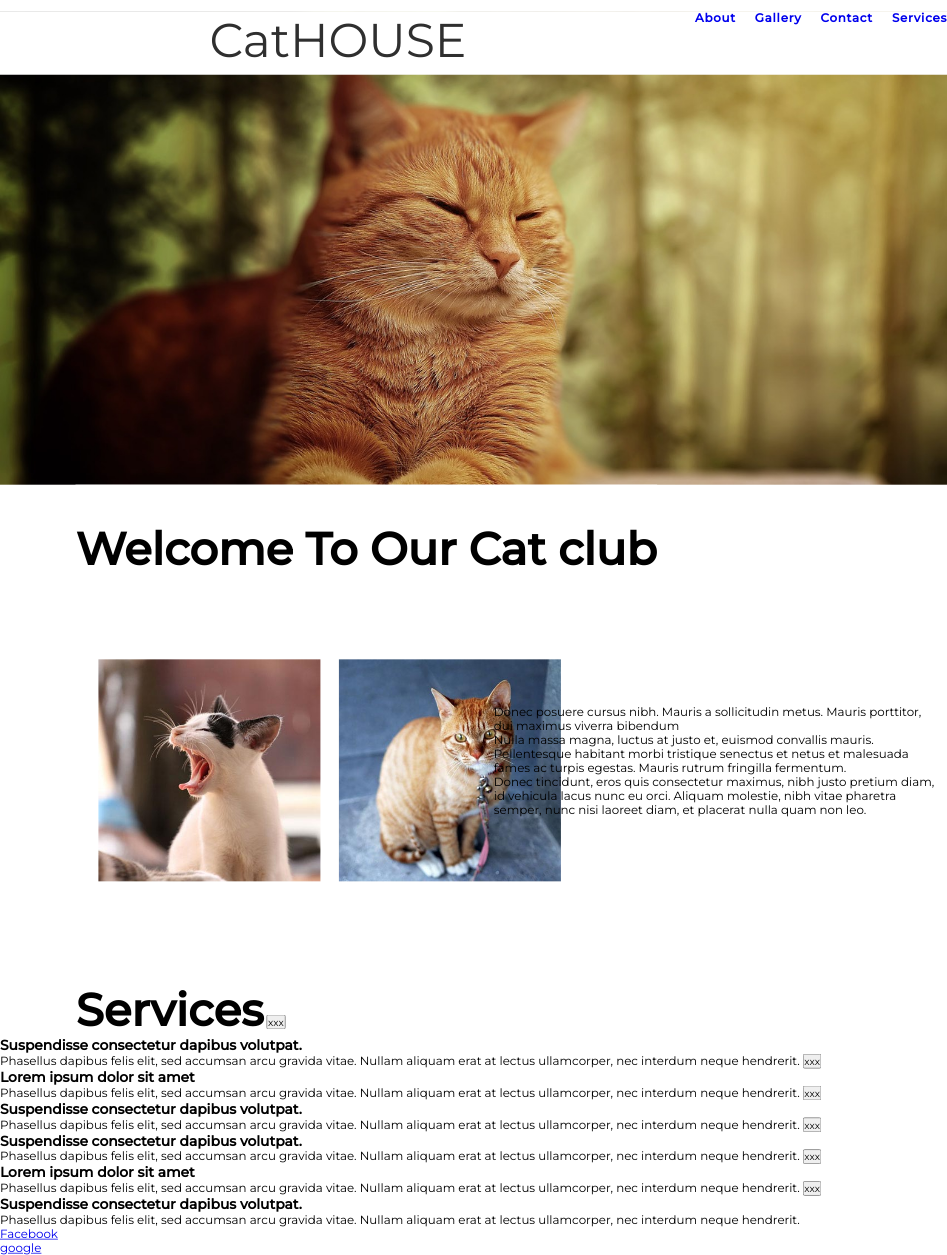
Repository: raul4264/final
Page: index.html
An editor plug-in stored every save of this project. The page is shown before and after the next save, followed by the edit.
The browser window is 1280 px wide. The pictures show the whole page, at 74% of full size.

Above is the page before, as saved 2021-03-23 12:38:22.

### index.html
<!DOCTYPE html>
<html lang="en">

<head>
    <meta charset="UTF-8" />
    <meta http-equiv="X-UA-Compatible" content="IE=edge" />
    <meta name="viewport" content="width=device-width, initial-scale=1.0" />
    <title>Cat House/Raul Novas</title>
    <link href="css/estilos.css" rel="stylesheet" type="text/css" />
</head>

<body>
<div id="grilla">
    <header>
        <div class="banner">


            <nav>
                <div class="item1"></div>
                <div class="item2"><span>Cat</span><span>HOUSE</span></div>


                <ul class="flex-container">
                    <li class="item3"><a href="about.html">About</li>
                    <li class="item4"><a href="Gallery.html">Gallery</a></li>
                    <li class="item5"><a href="Contact.html">Contact</a></li>
                    <li class="item6"><a href="Services.html ">Services</a></li>
                </ul>
            </nav>
        </div>

    </header>


    <main>
        <section>
            <h2>Welcome To Our Cat club</h2>
            <div class="caja">

                <div class="container1 ">
                    <img src="images/2.jpg " alt="imagen2 " />
                    <img src="images/3.jpg " alt="imagen3 " />
                </div>



                <span class="container3 ">
                    <span class="uno">Donec posuere cursus nibh. Mauris a sollicitudin metus. Mauris porttitor, dui maximus viverra
                        bibendum</span>
                <p class="dos">Nulla massa magna, luctus at justo et, euismod convallis mauris. Pellentesque habitant morbi tristique senectus et netus et malesuada fames ac turpis egestas. Mauris rutrum fringilla fermentum.
                </p>
                <span class="dosbis">Donec tincidunt, eros quis consectetur maximus, nibh justo pretium diam, id vehicula lacus
                        nunc eu orci. Aliquam molestie, nibh vitae pharetra semper, nunc nisi laoreet diam, et placerat
                        nulla quam non leo.</span>
                </span>
            </div>
        </section>
        <h3>
            <h2>Services</h2>
            <button>xxx</button>
            <h3>Suspendisse consectetur dapibus volutpat.</h3>
            <span>
                Phasellus dapibus felis elit, sed accumsan arcu gravida vitae. Nullam aliquam erat at lectus
                ullamcorper, nec interdum neque hendrerit.</span>
            <button>xxx</button>
            <h3>Lorem ipsum dolor sit amet</h3>
            <span>Phasellus dapibus felis elit, sed accumsan arcu gravida vitae. Nullam aliquam erat at lectus
                ullamcorper,
                nec interdum neque hendrerit.</span>
            <button>xxx</button>
            <h3>Suspendisse consectetur dapibus volutpat.</h3>
            <span>
                Phasellus dapibus felis elit, sed accumsan arcu gravida vitae. Nullam aliquam erat at lectus
                ullamcorper, nec interdum neque hendrerit.</span>
            <button>xxx</button>
            <h3>Suspendisse consectetur dapibus volutpat.</h3>
            <span>

                Phasellus dapibus felis elit, sed accumsan arcu gravida vitae. Nullam aliquam erat at lectus
                ullamcorper, nec interdum neque hendrerit.
            </span>
            <button>xxx</button>
            <h3>Lorem ipsum dolor sit amet
            </h3>
            <span>Phasellus dapibus felis elit, sed accumsan arcu gravida vitae. Nullam aliquam erat at lectus
                ullamcorper, nec interdum neque hendrerit.</span>
            <button>xxx</button>
            <h3>Suspendisse consectetur dapibus volutpat.</h3>
            <span>Phasellus dapibus felis elit, sed accumsan arcu gravida vitae. Nullam aliquam erat at lectus
                ullamcorper, nec interdum neque hendrerit.</span>
            </section>
    </main>



    <footer>
        <ol>
            <li>
                <a href="http://www.facebook.com " target="blanck ">Facebook</a>
            </li>
            <li><a href="http://www.google.com " target="blanck ">google</a></li>
        </ol>
    </footer>
</div>
</body>

</html>

### css/estilos.css
@import url('https://fonts.googleapis.com/css2?family=Montserrat:wght@400;500&display=swap');
@import url('https://fonts.googleapis.com/css2?family=Montserrat:wght@400;500&family=Poppins:wght@300&display=swap');
* {
    font-family: 'Montserrat', sans-serif;
    margin: 0 auto;
    padding: 0;
}

.banner {
    background: url(../images/1.jpg) no-repeat 0px 0px;
    background-size: cover;
    padding: 0em 0 4em;
    height: 80vh;
}

nav {
    display: flex;
    flex-direction: row;
    justify-content: space-between;
    height: 12vh;
    background-color: #ffffff;
    margin-top: 15px;
}

nav ul {
    display: flex;
}

nav ul li {
    display: flex;
    list-style: none;
}

nav ul li a {
    text-decoration: none;
}


/*---------------------------------------------------------*/

.item1 {
    color: #2f2f2f;
    font-size: 4.5em;
    font-weight: 700;
    flex-grow: 2;
    font-family: 'Raleway', sans-serif;
}

.item2 {
    color: #2f2f2f;
    font-weight: 300;
    font-size: 4em;
    flex-grow: 2;
}

.item3 {
    color: #2f2f2f !important;
    font-size: 1em;

    text-decoration: none;
    margin-left: 2vw;

    font-weight: 600;
    font-family: 'Roboto Condensed', sans-serif;
    letter-spacing: 1px;
    flex-grow: 2;

}

.item4 {
    color: #2f2f2f !important;
    font-size: 1em;

    text-decoration: none;
    padding: 0;
    font-weight: 600;
    font-family: 'Roboto Condensed', sans-serif;
    letter-spacing: 1px;
    flex-grow: 2;
    margin-left: 2vw;
}

.item5 {
    color: #2f2f2f !important;
    font-size: 1em;
    margin: 0;
    text-decoration: none;

    font-weight: 600;
    font-family: 'Roboto Condensed', sans-serif;
    letter-spacing: 1px;
    flex-grow: 1;
    margin-left: 2vw;
}

.item6 {
    color: #2f2f2f !important;
    font-size: 1em;

    text-decoration: none;
    padding: 0;
    font-weight: 600;
    font-family: 'Roboto Condensed', sans-serif;
    letter-spacing: 1px;
    flex-grow: 1;
    margin-left: 2vw;
}

.imagen {
    width: 100vw;
    z-index: 100;
    position: absolute;
    display: flex;
}

.imagen img {
    background-repeat: no-repeat;
    background-size: cover;
    width: 100vw;
    z-index: 100;
    bottom: 130px;

}



h2{
    background-color: #ffffff;
    text-align: center;
    font-size: 3.8em;
    padding-top: 7vh;
    margin-left: 8vw;
    display: inline-block;
}
.caja {
    background-color: #ffffff;
    display: flex;
    height: 69vh;
    flex-direction: row;
    justify-content: space-around;
    align-items: center;
    overflow: ;
}
h1 {
    margin-left: 20vw;

}
.container1 {
    display: flex;
    width: 300px;
    height: 300px;
   margin-left: 120px;


}

img {
    width: 100%;
    height: 100%;
    object-fit: contain;
    padding: 1vw;
}
.container3 {
    width: 600px;
    margin-right: 1vw;
    font-size: 10px



.container3 span{
   font-size: medium;

}
.container3  .uno{
    font-size: 2em;
    font-weight: bolder;

}
span{
    padding:10px 0;
    margin-top: 10px;
    margin-bottom: 10px;
}
footer{
    height: 20vh;
    background-color: black;
}

After the next save:
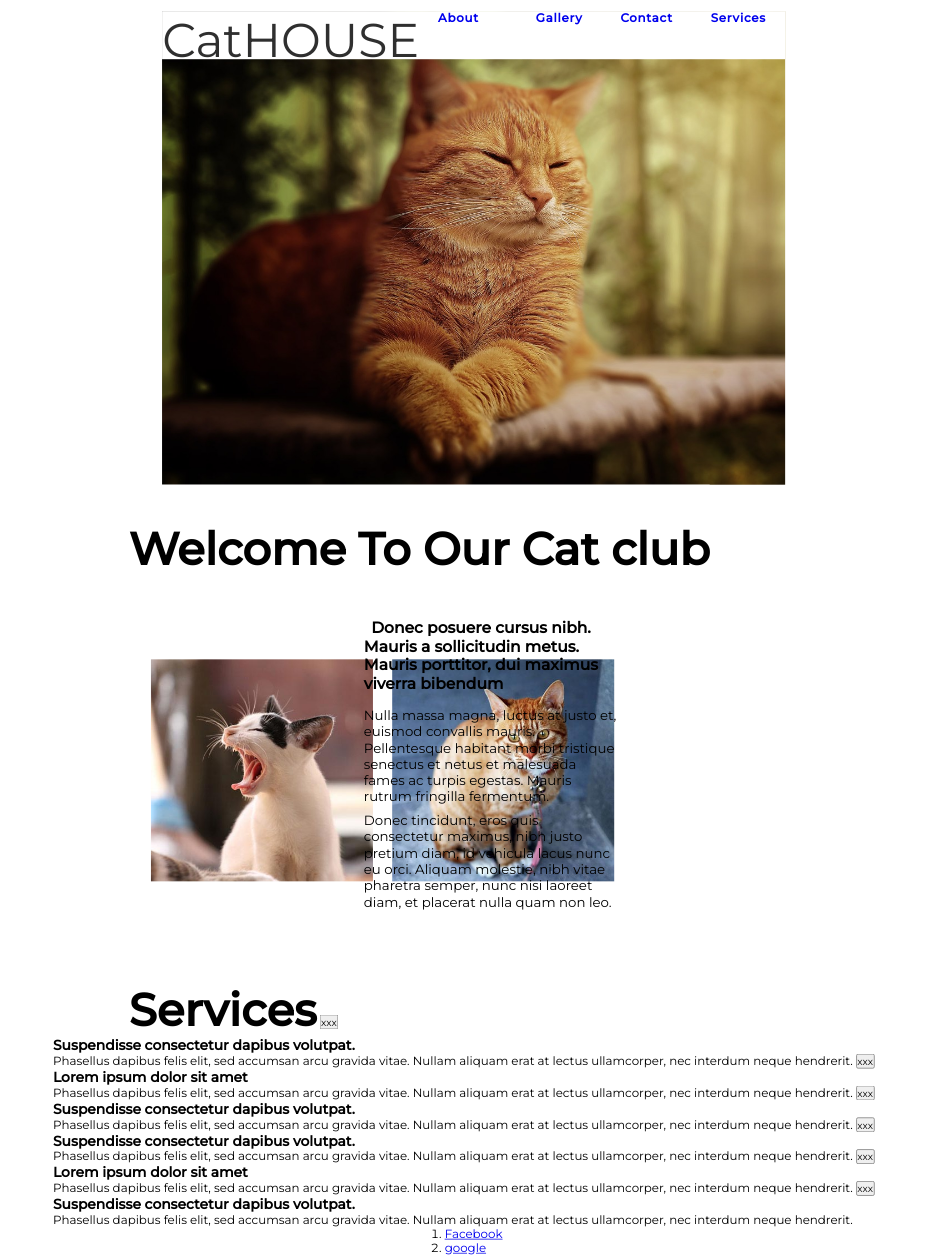
Saved 48 s later.
--- a/css/estilos.css
+++ b/css/estilos.css
@@ -5,7 +5,9 @@
     margin: 0 auto;
     padding: 0;
 }
-
+#grilla{
+    display: grid;
+}
 .banner {
     background: url(../images/1.jpg) no-repeat 0px 0px;
     background-size: cover;
@@ -17,7 +19,7 @@ nav {
     display: flex;
     flex-direction: row;
     justify-content: space-between;
-    height: 12vh;
+    height: 9vh;
     background-color: #ffffff;
     margin-top: 15px;
 }
@@ -33,6 +35,7 @@ nav ul li {
 
 nav ul li a {
     text-decoration: none;
+    margin-right: 2vw;
 }
 
 
@@ -56,21 +59,17 @@ nav ul li a {
 .item3 {
     color: #2f2f2f !important;
     font-size: 1em;
-
     text-decoration: none;
     margin-left: 2vw;
-
     font-weight: 600;
     font-family: 'Roboto Condensed', sans-serif;
     letter-spacing: 1px;
     flex-grow: 2;
-
 }
 
 .item4 {
     color: #2f2f2f !important;
     font-size: 1em;
-
     text-decoration: none;
     padding: 0;
     font-weight: 600;
@@ -85,7 +84,6 @@ nav ul li a {
     font-size: 1em;
     margin: 0;
     text-decoration: none;
-
     font-weight: 600;
     font-family: 'Roboto Condensed', sans-serif;
     letter-spacing: 1px;
@@ -96,7 +94,6 @@ nav ul li a {
 .item6 {
     color: #2f2f2f !important;
     font-size: 1em;
-
     text-decoration: none;
     padding: 0;
     font-weight: 600;
@@ -106,25 +103,7 @@ nav ul li a {
     margin-left: 2vw;
 }
 
-.imagen {
-    width: 100vw;
-    z-index: 100;
-    position: absolute;
-    display: flex;
-}
-
-.imagen img {
-    background-repeat: no-repeat;
-    background-size: cover;
-    width: 100vw;
-    z-index: 100;
-    bottom: 130px;
-
-}
-
-
-
-h2{
+h2 {
     background-color: #ffffff;
     text-align: center;
     font-size: 3.8em;
@@ -132,6 +111,7 @@ h2{
     margin-left: 8vw;
     display: inline-block;
 }
+
 .caja {
     background-color: #ffffff;
     display: flex;
@@ -139,19 +119,18 @@ h2{
     flex-direction: row;
     justify-content: space-around;
     align-items: center;
-    overflow: ;
+    box-sizing: border-box;
 }
+
 h1 {
     margin-left: 20vw;
+}
 
-}
 .container1 {
     display: flex;
     width: 300px;
     height: 300px;
-   margin-left: 120px;
-
-
+    margin-left: 120px;
 }
 
 img {
@@ -160,28 +139,37 @@ img {
     object-fit: contain;
     padding: 1vw;
 }
+
 .container3 {
-    width: 600px;
-    margin-right: 1vw;
-    font-size: 10px
+    width: 27vw;
+    margin-right: 29vw;
+    font-size: 10px;
+    box-sizing: content-box;
+    margin-top: 10px;
+}
+
+.container3 .uno {
+    font-size: 2.1em;
+    font-weight: bolder;
+    margin-bottom: 5px;
+    padding: 10px;
+}
+
+.container3 .dos {
+    font-size: 1.8em;
+    padding: 10px 0;
+    margin-top: 10px;
+}
+
+.container3 .dosbis {
+    font-size: 1.8em;
+    padding: 10px 0;
+    margin: 10px 0;
+}
 
 
-
-.container3 span{
-   font-size: medium;
-
 }
-.container3  .uno{
-    font-size: 2em;
-    font-weight: bolder;
-
-}
-span{
-    padding:10px 0;
-    margin-top: 10px;
-    margin-bottom: 10px;
-}
-footer{
+footer {
     height: 20vh;
     background-color: black;
 }
